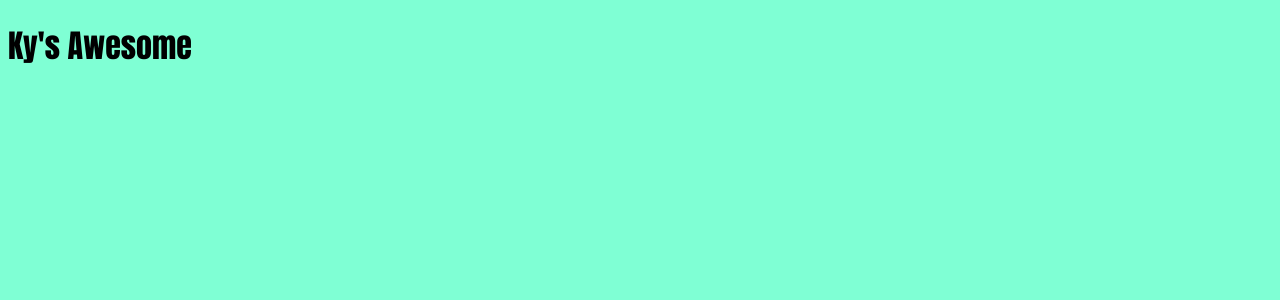
Repository: monicaifijeh/test2
Page: kyportfolio/src/index.html
The author's editor kept a copy of each file at every save. The page is drawn from the files as they stood at one save, then again after the next save.
The browser window is 1280 px wide. The pictures show the whole page.

Above is the page before, as saved 2024-12-15 01:06:18.

### kyportfolio/src/index.html
<!DOCTYPE html>
<html lang="en">
  <head>
    <meta charset="UTF-8" />
    <meta name="viewport" content="width=device-width, initial-scale=1.0" />
    <title>Ky's Portfolio</title>
    <link rel="stylesheet" href="mystyleOne.css" />
  </head>

  <body>
    <h1>Ky's Awesome</h1>
  </body>
</html>

### kyportfolio/src/mystyleOne.css
body{
    background-color: aquamarine;
}
h1{
    color: black; font-family: Impact, Haettenschweiler, 'Arial Narrow Bold', sans-serif;
}

After the next save:
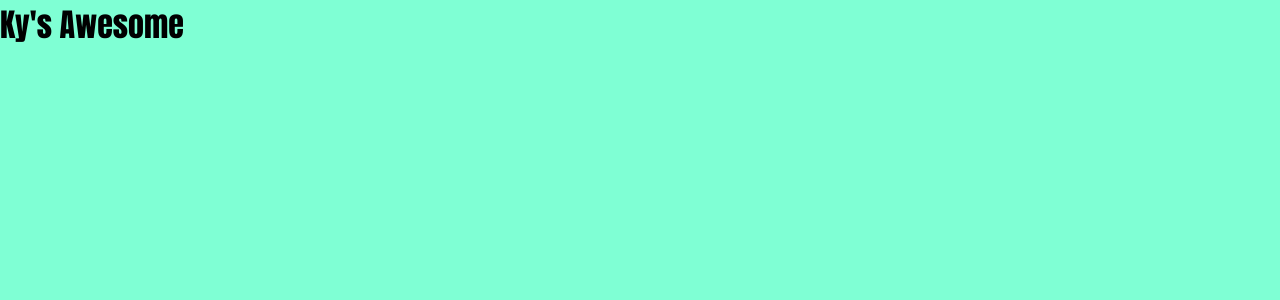
Saved 3 days later.
--- a/kyportfolio/src/mystyleOne.css
+++ b/kyportfolio/src/mystyleOne.css
@@ -1,6 +1,16 @@
+/* applies to the whole webpage*/
+* {
+    box-sizing: border-box;
+    padding: 0;
+    margin: 0;
+}
+
+/* applies to the body of the webpage*/
 body{
     background-color: aquamarine;
 }
+
+/* applies to the headings of the webpage*/
 h1{
     color: black; font-family: Impact, Haettenschweiler, 'Arial Narrow Bold', sans-serif;
 }
